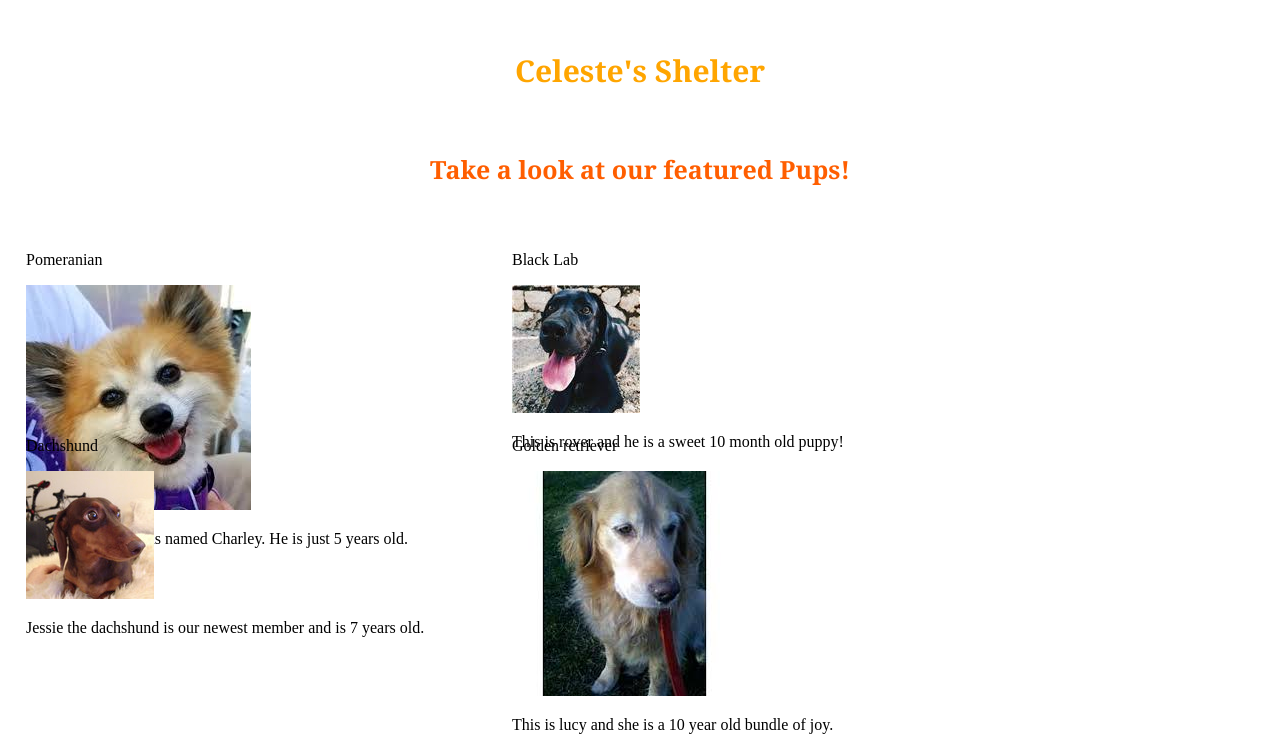
Repository: fieldceleste/animal-shelter
Page: animal-shelter.html
These files come from the project's save history. The page is drawn as it stood at one moment and after the next save; the edit follows.
The browser window is 1280 px wide. The pictures show the whole page.

Above is the page before, as saved 2019-10-30 18:56:47.

After the next save:
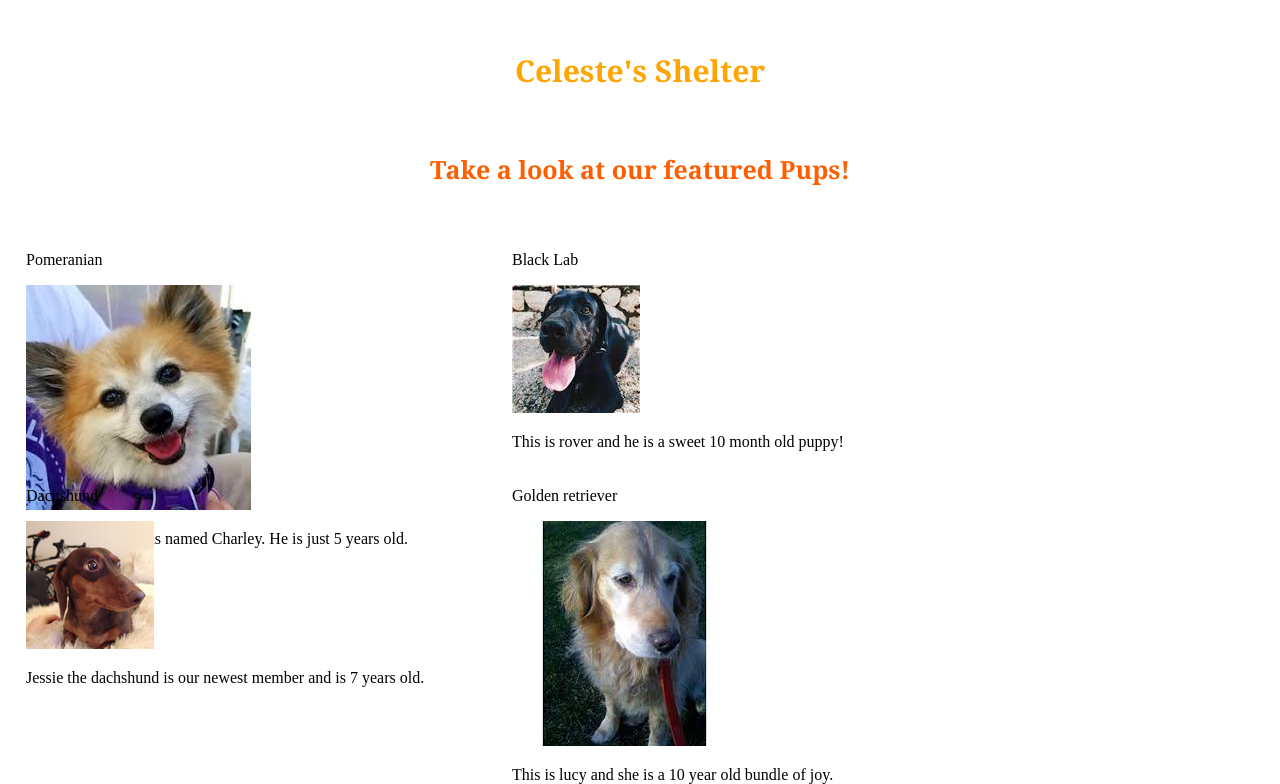
Saved 12 s later.
--- a/css/styles.css
+++ b/css/styles.css
@@ -23,7 +23,7 @@ h4{
  .column{
     float:left;
     width:450px;
-    height:150px;
+    height:200px;
     padding:8px;
     margin: 10px;
 
